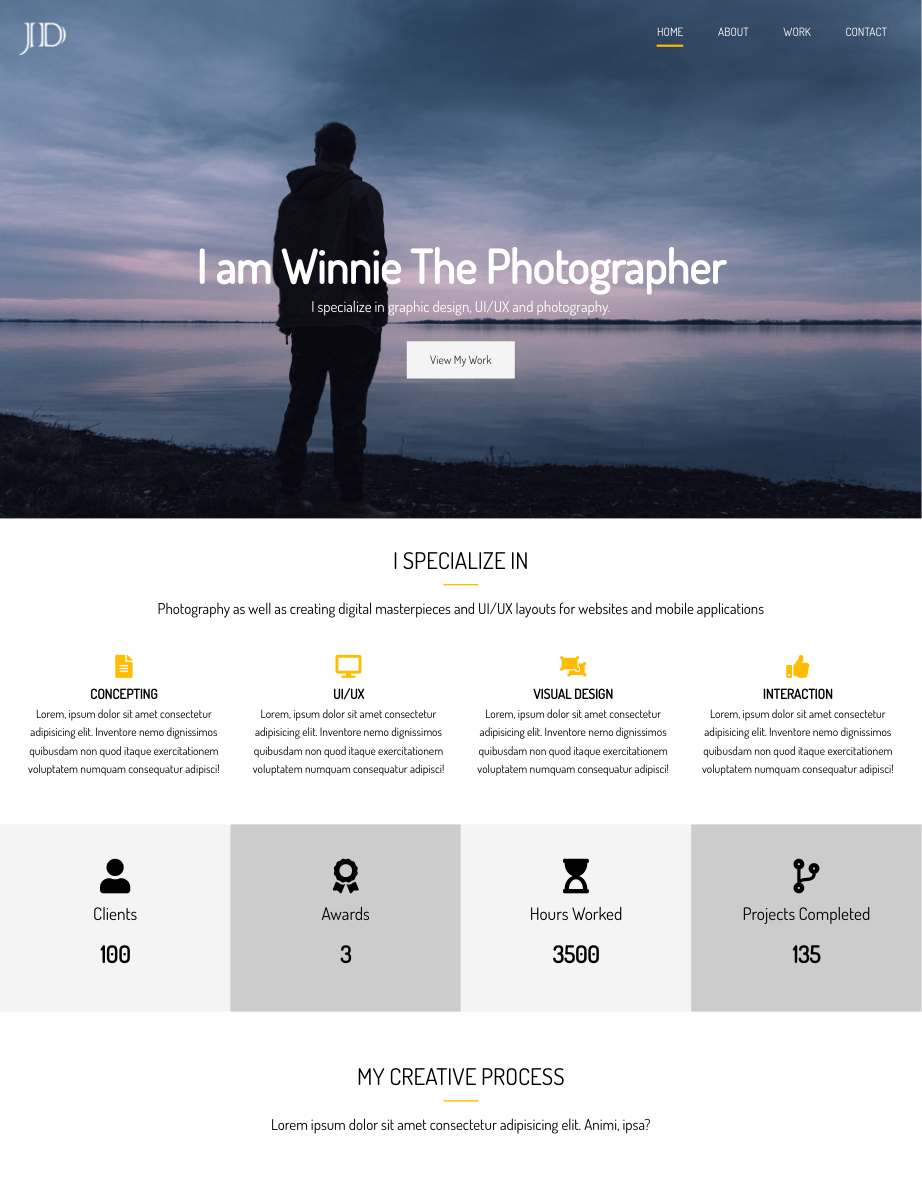
Repository: minhtien9/Portfolio_Website
Page: diet/index.html
The author's editor kept a copy of each file at every save. The page is drawn from the files as they stood at one save, then again after the next save.
The browser window is 1280 px wide. The pictures show the whole page, at 72% of full size.

Above is the page before, as saved 2021-08-28 22:31:30.

### diet/index.html
<!DOCTYPE html>
<html lang="en">
  <head>
    <meta charset="UTF-8" />
    <meta http-equiv="X-UA-Compatible" content="IE=edge" />
    <meta name="viewport" content="width=device-width, initial-scale=1.0" />
    <link
      rel="stylesheet"
      href="https://cdnjs.cloudflare.com/ajax/libs/font-awesome/5.15.4/css/all.min.css"
      integrity="sha512-1ycn6IcaQQ40/MKBW2W4Rhis/DbILU74C1vSrLJxCq57o941Ym01SwNsOMqvEBFlcgUa6xLiPY/NS5R+E6ztJQ=="
      crossorigin="anonymous"
      referrerpolicy="no-referrer"
    />
    <link
      href="https://fonts.googleapis.com/css2?family=Dosis&display=swap"
      rel="stylesheet"
    />
    <link rel="stylesheet" href="css/style.css" />
    <title>John Doe || UI/UX Designer & Photographer</title>
  </head>
  <body>
    <!-- Header -->
    <header id="header-home">
      <div class="container">
        <nav id="main-nav">
          <img src="img/logo.png" alt="My Portfolio" id="logo" />
          <ul>
            <li><a href="index.html" class="current">Home</a></li>
            <li><a href="about.html">About</a></li>
            <li><a href="work.html">Work</a></li>
            <li><a href="contact.html">Contact</a></li>
          </ul>
        </nav>
        <div class="header-content">
          <h1>
            I am Winnie The Photographer
            <span
              class="txt-type"
              data-wait="3000"
              data-works='["Photographer","Designer","IU/IX Dev"]'
            ></span>
          </h1>
          <p class="lead">
            I specialize in graphic design, UI/UX and photography.
          </p>
          <a href="work.html" class="btn-light">View My Work</a>
        </div>
      </div>
    </header>
    <!-- Section A: Specialize -->
    <section id="home-a" class="text-center py-2">
      <div class="container">
        <h2 class="section-title">I Specialize In</h2>
        <div class="bottom-line"></div>
        <p class="lead">
          Photography as well as creating digital masterpieces and UI/UX layouts
          for websites and mobile applications
        </p>
        <div class="specials">
          <div>
            <i class="fas fa-file-alt fa-2x"></i>
            <h3>Concepting</h3>
            <p>
              Lorem, ipsum dolor sit amet consectetur adipisicing elit.
              Inventore nemo dignissimos quibusdam non quod itaque
              exercitationem voluptatem numquam consequatur adipisci!
            </p>
          </div>
          <div>
            <i class="fas fa-desktop fa-2x"></i>
            <h3>UI/UX</h3>
            <p>
              Lorem, ipsum dolor sit amet consectetur adipisicing elit.
              Inventore nemo dignissimos quibusdam non quod itaque
              exercitationem voluptatem numquam consequatur adipisci!
            </p>
          </div>
          <div>
            <i class="fas fa-object-ungroup fa-2x"></i>
            <h3>Visual Design</h3>
            <p>
              Lorem, ipsum dolor sit amet consectetur adipisicing elit.
              Inventore nemo dignissimos quibusdam non quod itaque
              exercitationem voluptatem numquam consequatur adipisci!
            </p>
          </div>
          <div>
            <i class="fas fa-thumbs-up fa-2x"></i>
            <h3>Interaction</h3>
            <p>
              Lorem, ipsum dolor sit amet consectetur adipisicing elit.
              Inventore nemo dignissimos quibusdam non quod itaque
              exercitationem voluptatem numquam consequatur adipisci!
            </p>
          </div>
        </div>
      </div>
    </section>

    <!-- Section B: Stats -->
    <section id="home-b" class="text-center py-2">
      <div class="stats">
        <div>
          <ul>
            <li><i class="fas fa-user fa-3x"></i></li>
            <li class="stats-title">Clients</li>
            <li class="stats-number">100</li>
          </ul>
        </div>
        <div>
          <ul>
            <li><i class="fas fa-award fa-3x"></i></li>
            <li class="stats-title">Awards</li>
            <li class="stats-number">3</li>
          </ul>
        </div>
        <div>
          <ul>
            <li><i class="fas fa-hourglass-start fa-3x"></i></li>
            <li class="stats-title">Hours Worked</li>
            <li class="stats-number">3500</li>
          </ul>
        </div>
        <div>
          <ul>
            <li><i class="fas fa-code-branch fa-3x"></i></li>
            <li class="stats-title">Projects Completed</li>
            <li class="stats-number">135</li>
          </ul>
        </div>
      </div>
    </section>

    <!-- Section C:Process -->
    <section id="home-c" class="text-center py-2">
      <div class="container">
        <h2 class="section-title">My Creative Process</h2>
        <div class="bottom-line"></div>
        <p class="lead">
          Lorem ipsum dolor sit amet consectetur adipisicing elit. Animi, ipsa?
        </p>
      </div>
    </section>

    <!-- <script src="js/typewriter.js"></script> -->
  </body>
</html>

### diet/css/style.css
.container {
  max-width: 1280px;
  padding: 0 1.5rem;
  margin: auto;
  overflow: hidden;
}

.btn-dark, .btn-light, .btn-main {
  display: inline-block;
  padding: 0.8rem 2rem;
  transition: all 0.5s;
  border: none;
  cursor: pointer;
}

.btn-main {
  color: #333;
  background-color: #ffbc00;
}
.btn-light {
  color: #333;
  background-color: #f4f4f4;
}
.btn-dark {
  color: #f4f4f4;
  background-color: #333;
}

button[class^=btn-]:hover,
a[class^=btn-]:hover,
input[class^=btn-]:hover {
  background-color: #ffbc00;
}

.bg-main {
  background: #ffbc00;
  color: #fff;
}
.bg-dark {
  background: #333;
  color: #fff;
}
.bg-light {
  background: #f4f4f4;
  color: #000;
}
.bg-medium {
  background: #ccc;
  color: #000;
}

.lead {
  font-size: 1.3rem;
  margin-bottom: 2rem;
}

.text-center {
  text-align: center;
}

.py-1 {
  padding: 1rem 0;
}
.py-2 {
  padding: 2rem 0;
}
.py-3 {
  padding: 3rem 0;
}
.py-4 {
  padding: 4rem 0;
}

.ny-1 {
  margin: 1rem 0;
}
.ny-2 {
  margin: 2rem 0;
}
.ny-3 {
  margin: 3rem 0;
}
.ny-4 {
  margin: 4rem 0;
}

.section-title {
  font-size: 2rem;
  display: block;
  padding-bottom: 0.5rem;
  text-align: center;
  font-weight: 100;
  text-transform: uppercase;
}

.bottom-line {
  height: 2px;
  width: 3rem;
  background: #ffbc00;
  display: block;
  margin: 0 auto 1rem auto;
}

.items {
  display: grid;
  grid-template-columns: repeat(3, 1fr);
  box-shadow: 0 5px 10px 0 rgba(0, 0, 0, 0.3);
}

.item {
  position: relative;
  background: #ffbc00;
  overflow: hidden;
}
.item:after {
  content: "";
  position: absolute;
  display: block;
  background: inherit;
  opacity: 0.9;
  top: 0;
  left: 0;
  width: 100%;
  height: 100%;
  transform: scale(2) translateX(-75%) translateY(-75%) rotate(-28deg);
  transition: transform 3s cubic-bezier(0.2, 1, 0.3, 1);
}
.item:hover:after {
  transform: scale(2) translateX(0) translateY(0) rotate(-28deg);
}
.item:hover .item-image {
  transform: scale(1.2);
}
.item:hover .item-text {
  opacity: 1;
  transform: translateY(0);
}
.item-image {
  height: auto;
  transform: translateZ(0);
  display: block;
  transition: transform 750ms cubic-bezier(0.2, 1, 0.3, 1);
}
.item-image:before {
  content: "";
  display: block;
  padding-top: 75%;
  overflow: hidden;
}
.item-image img {
  position: absolute;
  top: 0;
  left: 0;
  width: 100%;
  height: auto;
  line-height: 0;
}
.item-text {
  position: absolute;
  top: 0;
  left: 0;
  bottom: 0;
  right: 0;
  opacity: 0;
  text-align: center;
  z-index: 1;
  color: #fff;
  transform: translateY(-20%);
  transition: opacity 500ms cubic-bezier(0.2, 1, 0.3, 1), transform 500ms cubic-bezier(0.2, 1, 0.3, 1);
  transition-delay: 300ms;
}
.item-text-wrap {
  position: absolute;
  width: 100%;
  top: 50%;
  transform: translateY(-50%);
}
.item-text-title {
  font-size: 2rem;
  padding: 0 1rem;
  margin: 5px 0 0 0;
}
.item-text-category {
  text-transform: uppercase;
  font-size: 1.2rem;
  opacity: 0.7;
  margin: 0;
}

* {
  margin: 0;
  padding: 0;
}

body {
  font-family: "Dosis", sans-serif;
  line-height: 1.6;
  background: #fff;
}

a {
  text-decoration: none;
  color: #333;
}

ul {
  list-style: none;
}

h2,
h3,
h4 {
  text-transform: uppercase;
}

img {
  width: 100%;
}

#logo {
  width: 70px;
  height: 70px;
  color: #fff;
  text-transform: uppercase;
}

#main-nav {
  display: flex;
  justify-content: space-between;
  padding-top: 1rem;
}
#main-nav ul {
  display: flex;
}
#main-nav li {
  padding: 1rem 1.5rem;
}
#main-nav a {
  text-decoration: none;
  color: #fff;
  text-transform: uppercase;
  border-bottom: 3px transparent solid;
  padding-bottom: 0.5rem;
  transition: border-color 0.5s;
}
#main-nav a:hover {
  border-color: #ccc;
}
#main-nav a.current {
  border-color: #ffbc00;
}

#header-home {
  background: url("../img/showcase.jpg") no-repeat center right/cover;
  height: 100vh;
  color: #fff;
}
#header-home .header-content {
  text-align: center;
  padding-top: 20%;
}
#header-home .header-content h1 {
  font-size: 4rem;
  line-height: 1.2;
}
#header-inner {
  background: url("../img/showcase.jpg") no-repeat 20% 30%/cover;
  height: 5.5rem;
  border-bottom: 3px solid #ffbc00;
}

#home-a .specials {
  margin-top: 3rem;
  display: grid;
  grid-gap: 1rem;
  grid-template-columns: repeat(4, 1fr);
}
#home-a .specials .fas {
  color: #ffbc00;
  padding-bottom: 0.4rem;
}
#home-b .stats {
  display: grid;
  grid-template-columns: repeat(4, 1fr);
}
#home-b .stats li {
  line-height: 2;
}
#home-b .stats li.stats-title {
  font-size: 1.5rem;
}
#home-b .stats li.stats-number {
  font-size: 2rem;
  font-weight: bold;
}
#home-b .stats div {
  padding: 3rem 0;
}
#home-b .stats div:nth-child(odd) {
  background: #f4f4f4;
}
#home-b .stats div:nth-child(even) {
  background: #ccc;
}
#home-c .process {
  display: grid;
  grid-template-columns: repeat(4, 1fr);
  grid-gap: 1.5rem;
  text-align: center;
}
#home-c .process-step {
  position: absolute;
  top: 0;
  right: 0;
  font-size: 28px;
  background: #ffbc00;
  color: #fff;
  border-radius: 50%;
  height: 15px;
  width: 15px;
  line-height: 15px;
  padding: 1rem;
  transition: all 1s;
}
#home-c .process-icon {
  border-radius: 50%;
  background: #333;
  color: #fff;
  padding: 2rem;
  width: 70px;
  height: 70px;
  line-height: 70px;
  text-align: center;
  position: relative;
  transition: all 1s;
}
#home-c .process-icon:hover {
  background: #ffbc00;
  width: 90px;
  height: 90px;
  line-height: 90px;
}
#home-c .process-icon:hover .process-step {
  background: #333;
  color: #fff;
}

#about-a .about-info {
  display: grid;
  grid-template-areas: "bioimage bio bio" "aw1 aw2 aw3";
  grid-gap: 1.2rem;
}
#about-a .bio-image {
  grid-area: bioimage;
}
#about-a .bio {
  grid-area: bio;
  border-left: 3px solid #ffbc00;
  padding: 0.8rem;
}
#about-a .award-1 {
  grid-area: aw1;
}
#about-a .award-2 {
  grid-area: aw2;
}
#about-a .award-3 {
  grid-area: aw3;
}
#about-a .award-1 .fas,
#about-a .award-2 .fas,
#about-a .award-3 .fas {
  color: #ffbc00;
  margin: 1rem;
}
#about-b .progress {
  overflow: hidden;
  height: 20px;
  background: #ccc;
  border-radius: 5px;
  margin-bottom: 0.6rem;
}
#about-b .progress div {
  height: 100%;
  color: #fff;
  text-align: center;
  background: #ffbc00;
}
#about-c .about-logos {
  display: grid;
  grid-template-columns: repeat(4, 1fr);
  grid-gap: 2rem;
}
#about-c .about-logos img {
  width: 70%;
}
#about-d .testimonials {
  display: grid;
  grid-template-columns: repeat(4, 1fr);
  grid-gap: 0.5rem;
}
#about-d .testimonials ul {
  list-style: none;
  margin-top: 1rem;
  display: flex;
  align-items: center;
}
#about-d .testimonials p {
  border: 1px solid #ccc;
  border-radius: 5px;
  padding: 0.5rem;
}
#about-d .testimonials img {
  width: 50px;
  height: 50px;
  border-radius: 50%;
  margin-right: 0.5rem;
}

#contact-a .text-fields {
  display: grid;
  grid-template-areas: "name email" "subject phone" "message message";
  grid-gap: 1.2rem;
  margin-bottom: 1.2rem;
}
#contact-a .text-fields .name-input {
  grid-area: name;
}
#contact-a .text-fields .subject-input {
  grid-area: subject;
}
#contact-a .text-fields .email-input {
  grid-area: email;
}
#contact-a .text-fields .phone-input {
  grid-area: phone;
}
#contact-a .text-fields .message-input {
  grid-area: message;
  height: 100px;
}
#contact-a .text-fields .text-input {
  padding: 0.5rem 1rem;
}
#contact-a button[type=submit] {
  width: 50%;
}
#contact-b .contact-info {
  display: grid;
  grid-template-columns: repeat(3, 1fr);
  text-align: center;
}
#contact-c h1 {
  text-align: center;
  font-size: 4rem;
}

#main-footer {
  background: #333;
  color: #fff;
  height: 5rem;
}
#main-footer .footer-content {
  display: flex;
  justify-content: space-between;
  height: 5rem;
  align-items: center;
}
#main-footer .footer-content .social .fab {
  margin-right: 1rem;
  border: 2px solid #fff;
  border-radius: 50%;
  height: 20px;
  width: 20px;
  line-height: 20px;
  text-align: center;
  padding: 0.5rem;
}
#main-footer .footer-content .social .fab:hover {
  background: #ffbc00;
  cursor: pointer;
}

@media (max-width: 800px) {
  #header-home {
    height: 30rem;
  }
  #header-home .header-content {
    padding-top: 5rem;
  }
}
@media (max-width: 500px) {
  #main-nav {
    flex-direction: column;
    align-items: center;
  }
  #main-nav li {
    padding: 1rem;
  }

  #header-home {
    height: 10rem;
    border-bottom: 3px solid #ffbc00;
    background-position: 20% 30%;
  }
  #header-home .header-content {
    display: none;
  }
  #header-inner {
    height: 10rem;
  }

  #home-a .specials,
#home-b .stats,
#home-c .process,
#about-d .testimonials,
#contact-b .contact-info,
.items {
    grid-template-columns: 1fr;
  }

  #home-a .specials div {
    border-bottom: 1px #f4f4f4 solid;
    padding-bottom: 1rem;
  }
  #home-a .specials div:last-child {
    border: none;
    padding-bottom: 0;
  }
  #home-b .stats div {
    padding: 2rem 0 1rem 0;
  }

  #about-a .about-info {
    grid-template-areas: "bioimage" "bio" "aw1" "aw2" "aw3";
  }
  #about-c {
    display: none;
  }

  #contact-a .text-fields {
    grid-template-areas: "name" "subject" "email" "phone" "message";
  }
  #contact-b div {
    margin-bottom: 1rem;
    padding-bottom: 1rem;
    border-bottom: 1px solid #555;
  }
  #contact-b div:last-child {
    border: none;
    margin-bottom: 0;
    padding-bottom: 0;
  }
  #contact-c h1 {
    font-size: 2rem;
  }

  #main-footer {
    height: 7rem;
  }
  #main-footer .footer-content {
    flex-direction: column;
    padding: 1rem;
    height: 5rem;
  }
}
@media (max-height: 580px) {
  #header-home .header-content {
    padding-top: 3rem;
  }
}
@media (max-height: 330px) {
  #header-home .header-content h1 {
    font-size: 2rem;
  }
}

/*# sourceMappingURL=style.css.map */

After the next save:
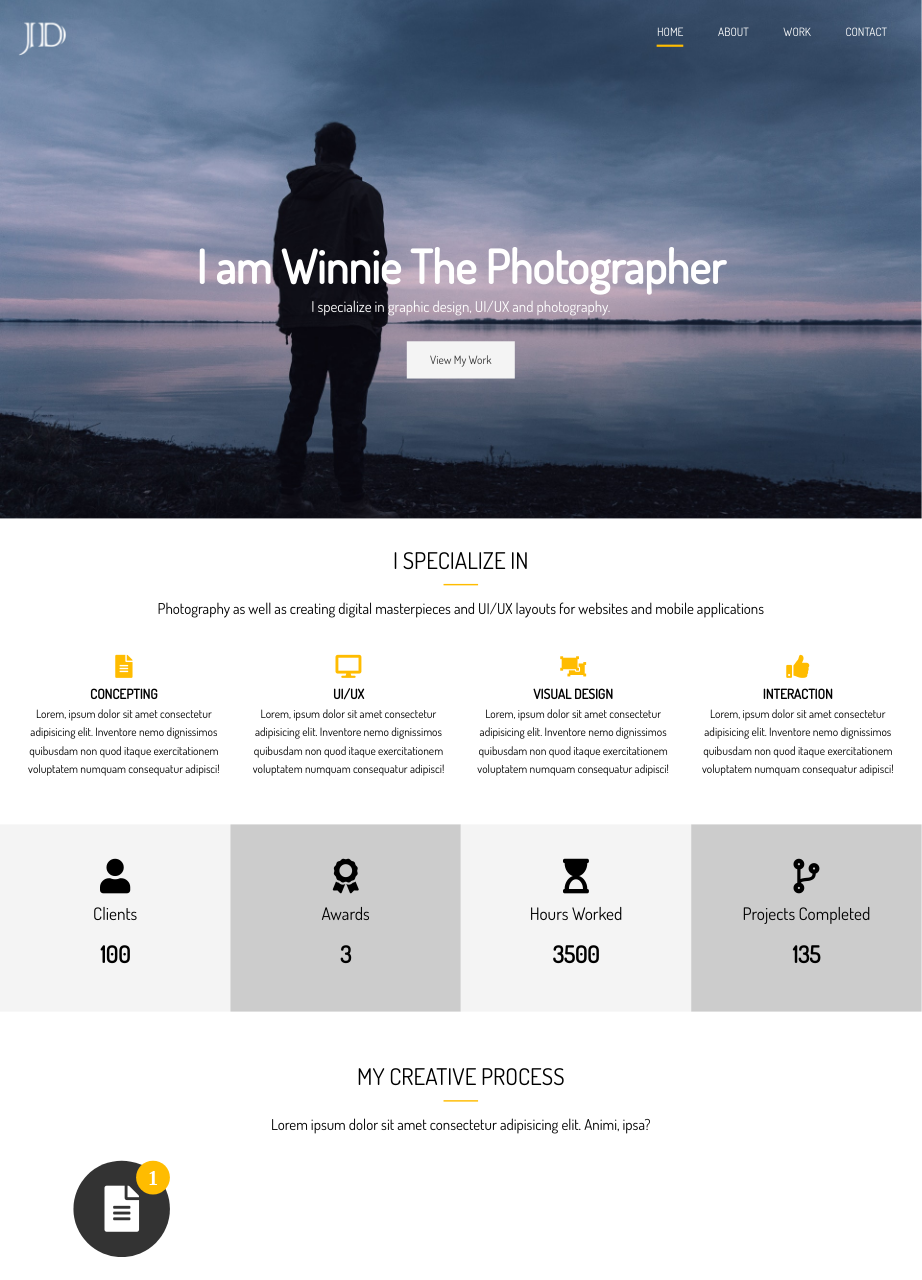
Saved 110 s later.
--- a/diet/index.html
+++ b/diet/index.html
@@ -139,6 +139,13 @@
         <p class="lead">
           Lorem ipsum dolor sit amet consectetur adipisicing elit. Animi, ipsa?
         </p>
+        <div class="process">
+          <div>
+            <i class="fas fa-file-alt fa-4x process-icon my-2">
+              <div class="process-step">1</div>
+            </i>
+          </div>
+        </div>
       </div>
     </section>
 
